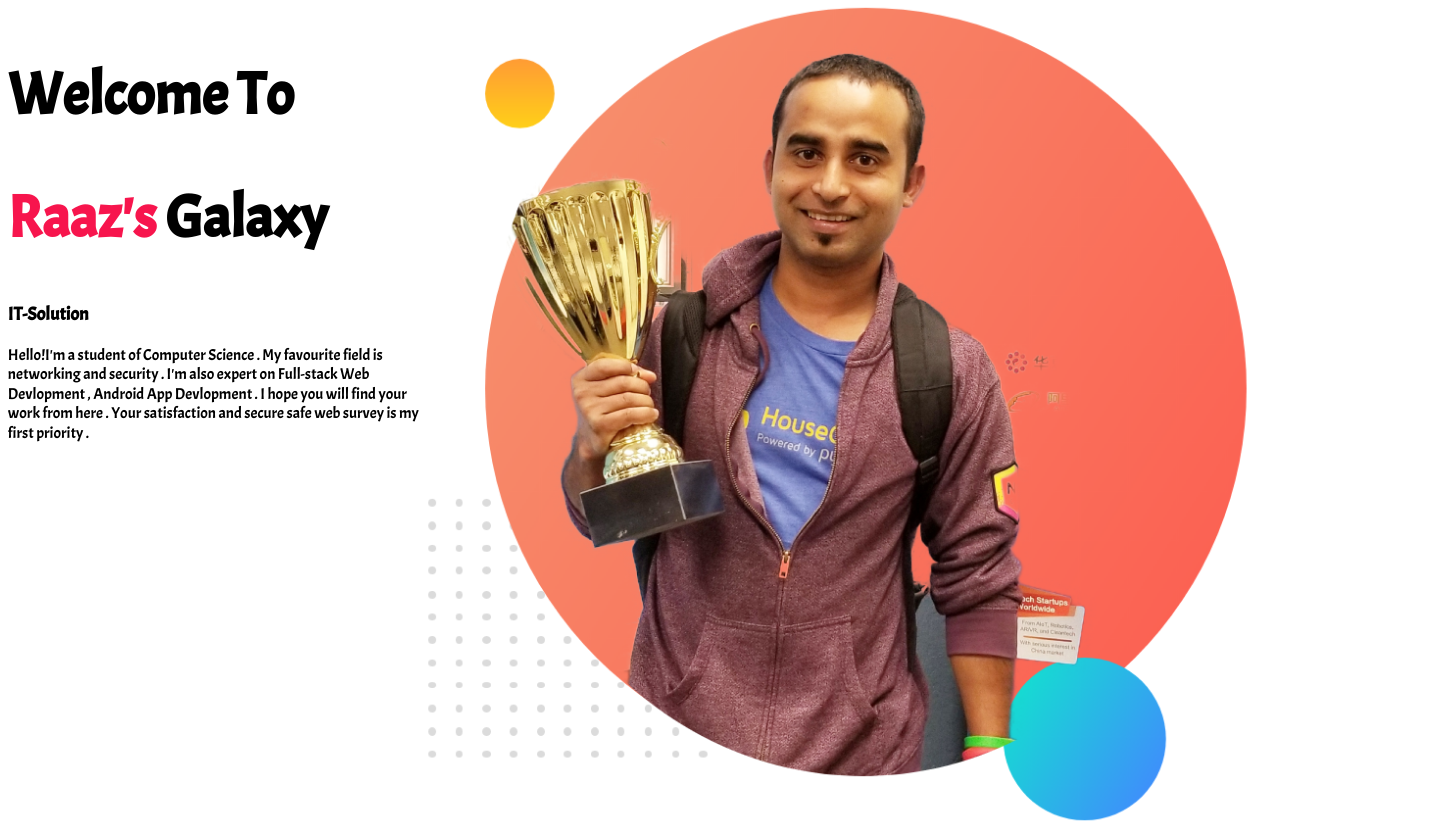
Repository: ramizraaz/my-portfolio
Page: about.html
The author's editor kept a copy of each file at every save. The page is drawn from the files as they stood at one save, then again after the next save.
The browser window is 1280 px wide. The page is 1280 px wide, then 1475 px, so the pictures cover 1475 px, including what lies to the right of the window. The pictures show the whole page, at 98% of full size.

Above is the page before, as saved 2022-01-13 18:14:29.

After the next save:
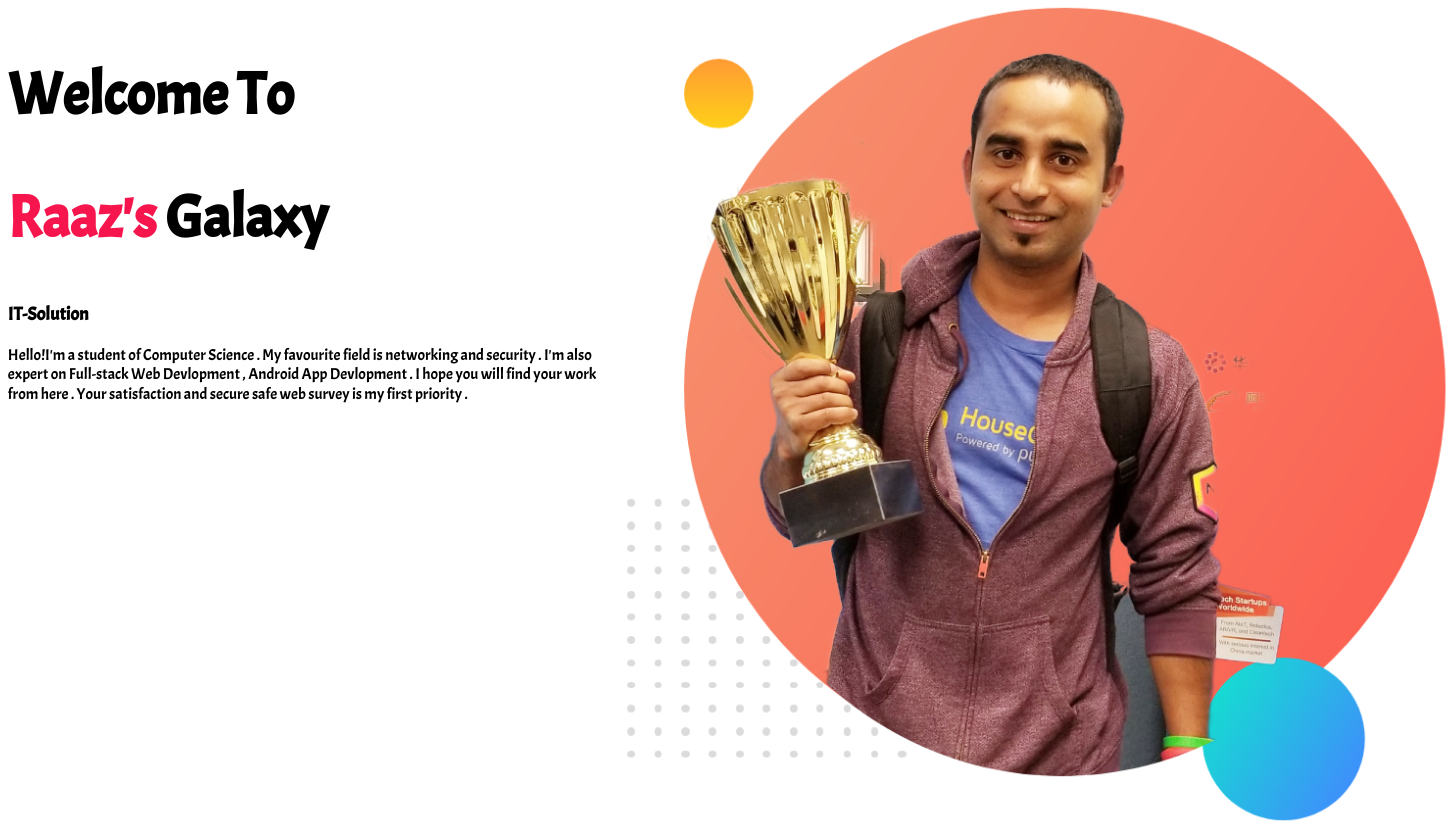
Saved 14 s later.
--- a/design.css
+++ b/design.css
@@ -14,3 +14,7 @@
     display: flex;
     /* Using this attribute for show photo and content flexible left right part */
 }
+
+.content {
+    width: 50%;
+}
